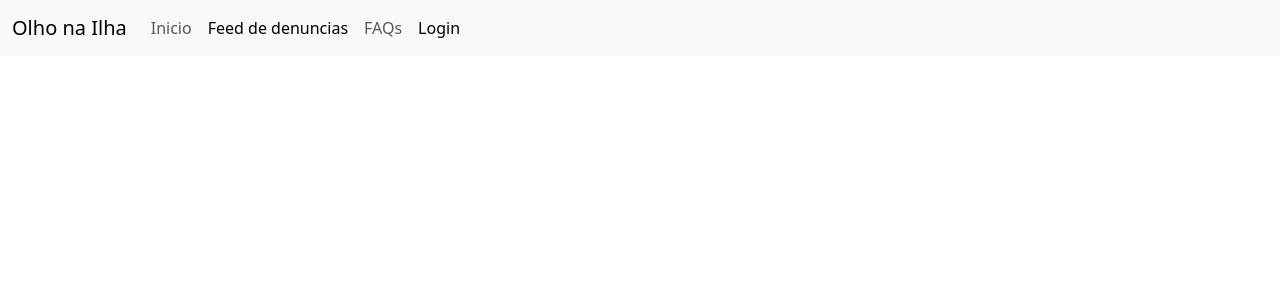
Repository: SktYzu/olhonailha
Page: http://localhost/
These files come from the project's save history. The page is drawn as it stood at one moment and after the next save; the edit follows.
The browser window is 1280 px wide. The pictures show the whole page.
The page is run by PHP 8.4 with error messages shown; the project is at /var/www/html/.

Above is the page before, as saved 2023-11-22 17:11:24.

### index.php
<?php
require_once $_SERVER['DOCUMENT_ROOT'] . '/olhonailha/templates/_cabecalho.php';
?>

### templates/_cabecalho.php
<?php session_start(); ?>

<!DOCTYPE html>
<html lang="pt-BR">

<head>
    <meta charset="UTF-8">
    <meta name="viewport" content="width=device-width, initial-scale=1.0">
    <title>Olho na Ilha</title>


    <!-- css do bs -->
    <link href="https://cdn.jsdelivr.net/npm/bootstrap@5.3.2/dist/css/bootstrap.min.css" rel="stylesheet"
        integrity="sha384-T3c6CoIi6uLrA9TneNEoa7RxnatzjcDSCmG1MXxSR1GAsXEV/Dwwykc2MPK8M2HN" crossorigin="anonymous">

    <!-- js do bs -->
    <script src="https://cdn.jsdelivr.net/npm/bootstrap@5.3.2/dist/js/bootstrap.bundle.min.js"
        integrity="sha384-C6RzsynM9kWDrMNeT87bh95OGNyZPhcTNXj1NW7RuBCsyN/o0jlpcV8Qyq46cDfL"
        crossorigin="anonymous"></script>


    <link rel="stylesheet" href="/olhonailha/css/style.css">

    <!-- framework -->


</head>

<body>
    <header>
        <nav class="navbar navbar-expand-lg bg-body-tertiary">
            <div class="container-fluid">
                <a class="navbar-brand" href="/olhonailha/index.php">Olho na Ilha</a>
                <button class="navbar-toggler" type="button" data-bs-toggle="collapse"
                    data-bs-target="#navbarNavDropdown" aria-controls="navbarNavDropdown" aria-expanded="false"
                    aria-label="Toggle navigation">
                    <span class="navbar-toggler-icon"></span>
                </button>
                <div class="collapse navbar-collapse" id="navbarNavDropdown">
                    <ul class="navbar-nav">
                        <li class="nav-item">
                            <a class="nav-link" aria-current="page" href="/olhonailha/index.php">Inicio</a>
                        </li>
                        <?php if (isset($_SESSION['usuario'])): ?>
                            <!-- <li class="nav-item">
                                <a class="nav-link" href="/olhonailha/views/admin/perfil.php">Perfil</a>
                            </li> -->

                            <li class="nav-item">
                                <a class="nav-link" href="/olhonailha/views/perfil.php">Perfil</a>
                            </li>
                            <li class="nav-item">
                                <a class="nav-link" href="/olhonailha/views/denuncia.php">Faça Uma Denuncia</a>
                            </li>

                        <?php endif; ?>
                        <li class="nav-item">
                            <a class="nav-link active" href="/olhonailha/views/listaDenu.php">Feed de denuncias</a>
                        </li>
                        <li class="nav-item">
                            <a class="nav-link" href="/olhonailha/views/faqs.php">FAQs</a>
                        </li>

                        <?php if (isset($_SESSION['usuario'])): ?>

                            <li class="nav-item">
                                <a class="nav-link active" href="/olhonailha/controllers/logout_controller.php">Logout</a>
                            </li>
                        <?php else: ?>
                            <li class="nav-item">
                                <a class="nav-link active" href="/olhonailha/views/login.php">Login</a>
                            </li>
                        <?php endif; ?>
                    </ul>
                </div>
            </div>
        </nav>
    </header>

    <main>

### css/style.css

body{

}
* {
    padding: 0;
    margin: 0;
    box-sizing: border-box;

}

.container_denu {
    display: flex;
    justify-content: center;
    align-content: center;
    align-items: center;
}
.container {
    max-width: 960px;
}

.container_card {
    display: flex;
    justify-content: center;
    flex-direction: column;
    flex-wrap: wrap;
    align-content: center;
    margin-top: 10px;
}

.card_f {
    width: 75vw;
    background-color: #f8f9fa;
    height: auto;
    display: flex;
    flex-direction: row;
    gap: 10px;
    padding: 10px;
    margin: 5px;
    justify-content: space-between;
    transition: transform .4s;


}


.card_f:hover{
    transform: scale(1.2);
    bottom: 80px;

}

.card-flex{
    display: flex;
    gap: 10px;
    flex-wrap: wrap;
    align-items: center;
    align-content: center;
}

.card-desc {
    display: grid;
    gap: 10px;
}

.centro {
    display: flex;
    justify-content: center;
    align-content: center;
    align-items: center;
    flex-direction: column;
    margin: 10px;
}

.texto {
    white-space: pre;
}

.card-uh{
    left: 100%;
    display: grid;
}

/* Area de loguin_cadastro */

.login-card {
    width: 500px;
    margin: 10vw auto;
    padding: 20px;
    border: 1px solid #ccc;
    border-radius: 10px;
    background-color: #e8e8e8;
    box-shadow: 2px 2px 10px #ccc;
}

.card-header {
    text-align: center;
    margin-bottom: 20px
}

.card-header .log {
    margin: 0;
    font-size: 24px;
    color: black;
}

.form-group {
    margin-bottom: 15px;
}

label {
    font-size: 18px;
    margin-bottom: 5px;
}

input[type="email"],
input[type="password"],
input[type="text"]{
    width: 100%;
    padding: 12px 20px;
    font-size: 16px;
    border: 1px solid #ccc;
    border-radius: 4px;
    box-sizing: border-box;
    transition: 0.5s;
}

input[type="submit"] {
    width: 100%;
    background-color: #333;
    color: white;
    padding: 14px 20px;
    margin: 8px 0;
    border: none;
    border-radius: 4px;
    cursor: pointer;
}

input[type="submit"]:hover {
    background-color: #ccc;
    color: black;
}

After the next save:
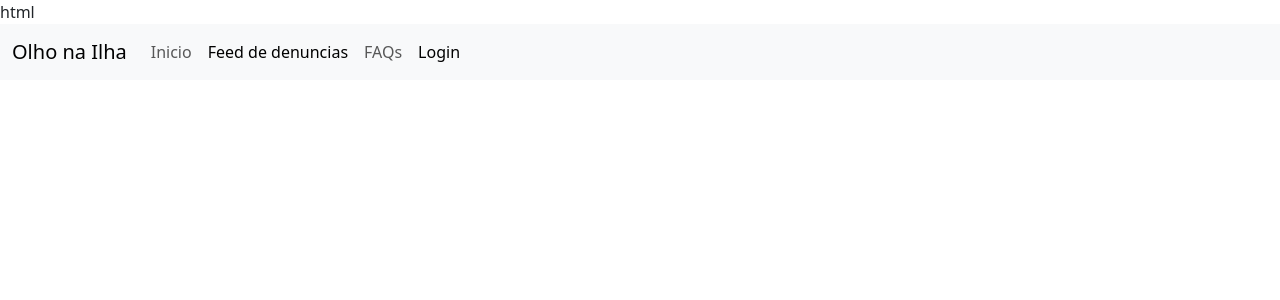
Saved 45 s later.
--- a/templates/_cabecalho.php
+++ b/templates/_cabecalho.php
@@ -1,6 +1,7 @@
 <?php session_start(); ?>
 
 <!DOCTYPE html>
+html
 <html lang="pt-BR">
 
 <head>

After the save that followed:
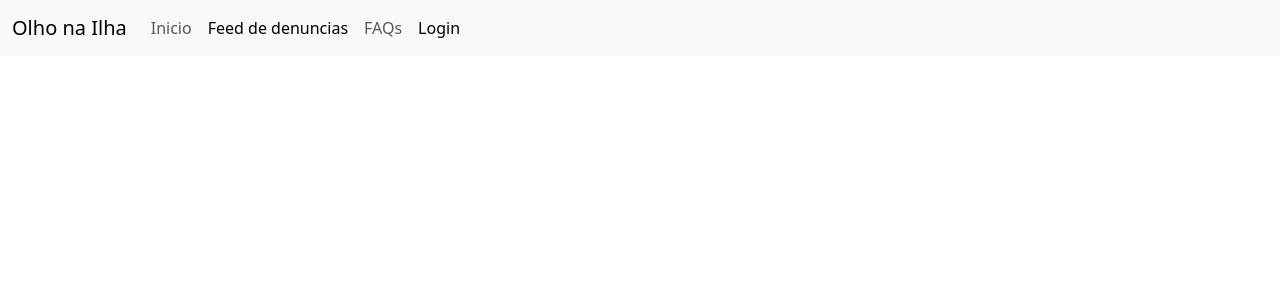
Saved 4 s later.
--- a/index.php
+++ b/index.php
@@ -1,3 +1,5 @@
 <?php
 require_once $_SERVER['DOCUMENT_ROOT'] . '/olhonailha/templates/_cabecalho.php';
 ?>
+
+<html:5
--- a/templates/_cabecalho.php
+++ b/templates/_cabecalho.php
@@ -1,7 +1,6 @@
 <?php session_start(); ?>
 
 <!DOCTYPE html>
-html
 <html lang="pt-BR">
 
 <head>
